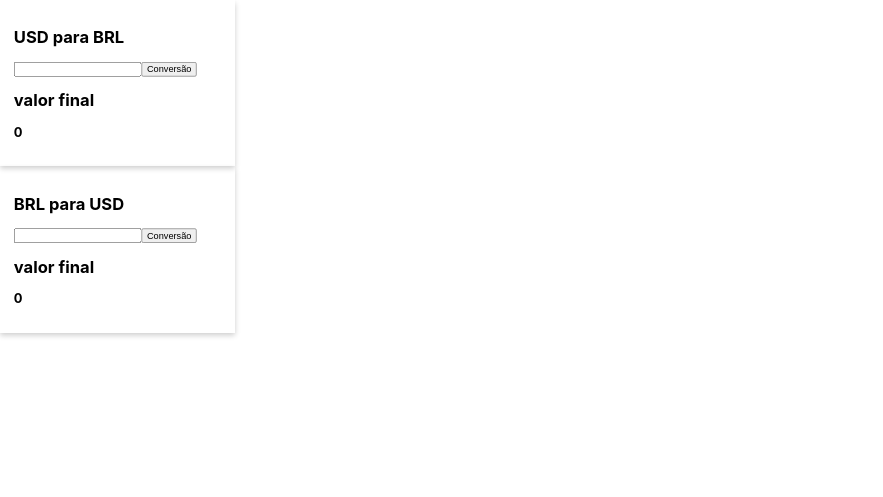
Repository: DeanLemosXD/Currency-converter
Page: /
These files come from the project's save history. The page is drawn as it stood at one moment and after the next save; the edit follows.
The browser window is 1280 px wide. The pictures show the whole page, at 69% of full size.
The project was rebuilt for these pictures with package versions that can differ from the ones it lists, and the page was loaded fresh each time. Also part of the build but not shown: src/App.css.

Above is the page before, as saved 2021-10-19 18:04:18.

After the next save:
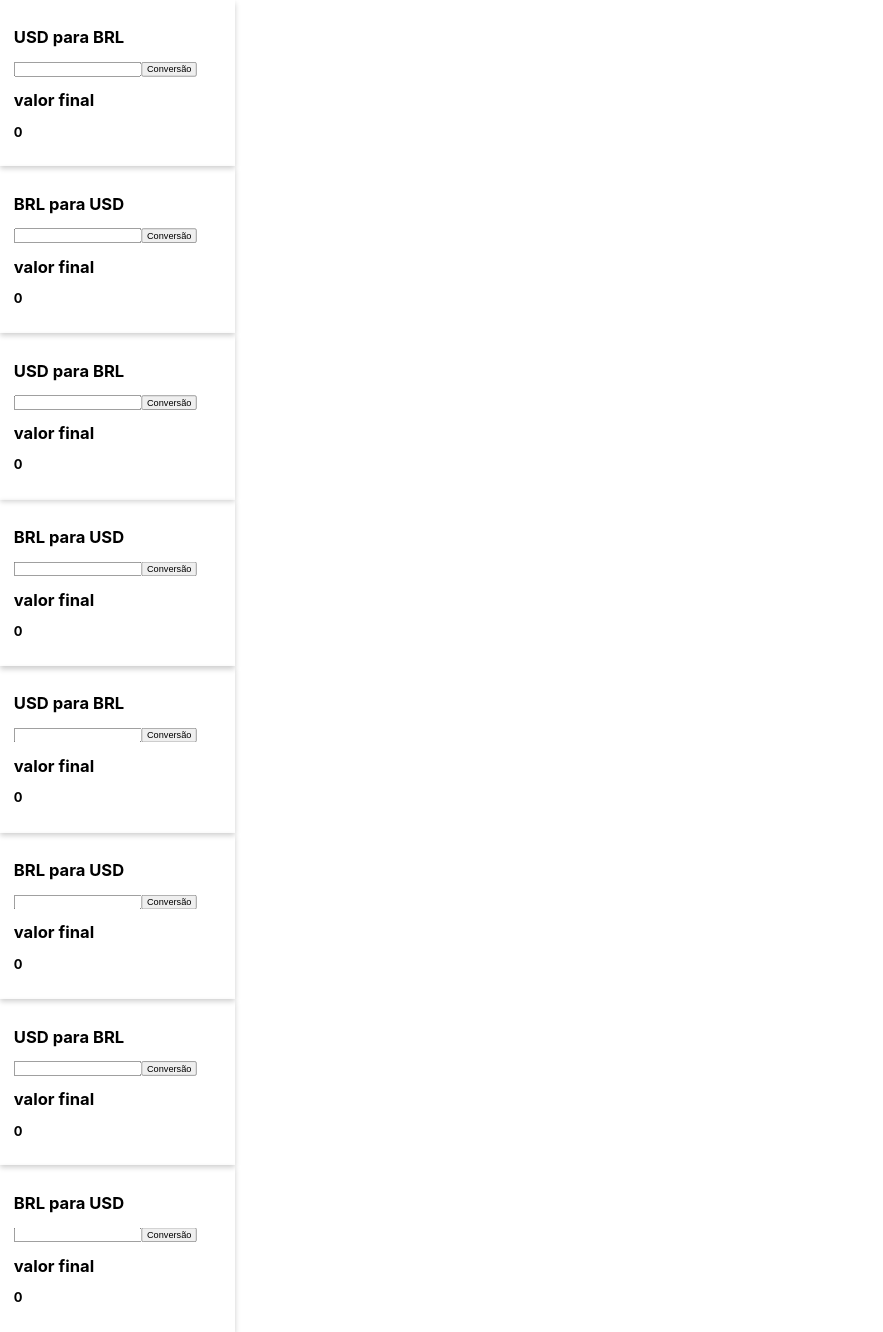
Saved 108 s later.
--- a/src/App.js
+++ b/src/App.js
@@ -4,8 +4,22 @@ import Conversor from './components/Conversor';
 function App() {
   return (
     <div className="App">
+      <div className="linha">
       <Conversor moedaA="USD" moedaB="BRL"></Conversor>
       <Conversor moedaA="BRL" moedaB="USD"></Conversor>
+      </div>
+      <div className="linha">
+      <Conversor moedaA="USD" moedaB="BRL"></Conversor>
+      <Conversor moedaA="BRL" moedaB="USD"></Conversor>
+      </div>
+      <div className="linha">
+      <Conversor moedaA="USD" moedaB="BRL"></Conversor>
+      <Conversor moedaA="BRL" moedaB="USD"></Conversor>
+      </div>
+      <div className="linha">
+      <Conversor moedaA="USD" moedaB="BRL"></Conversor>
+      <Conversor moedaA="BRL" moedaB="USD"></Conversor>
+      </div>
     </div>
   );
 }
